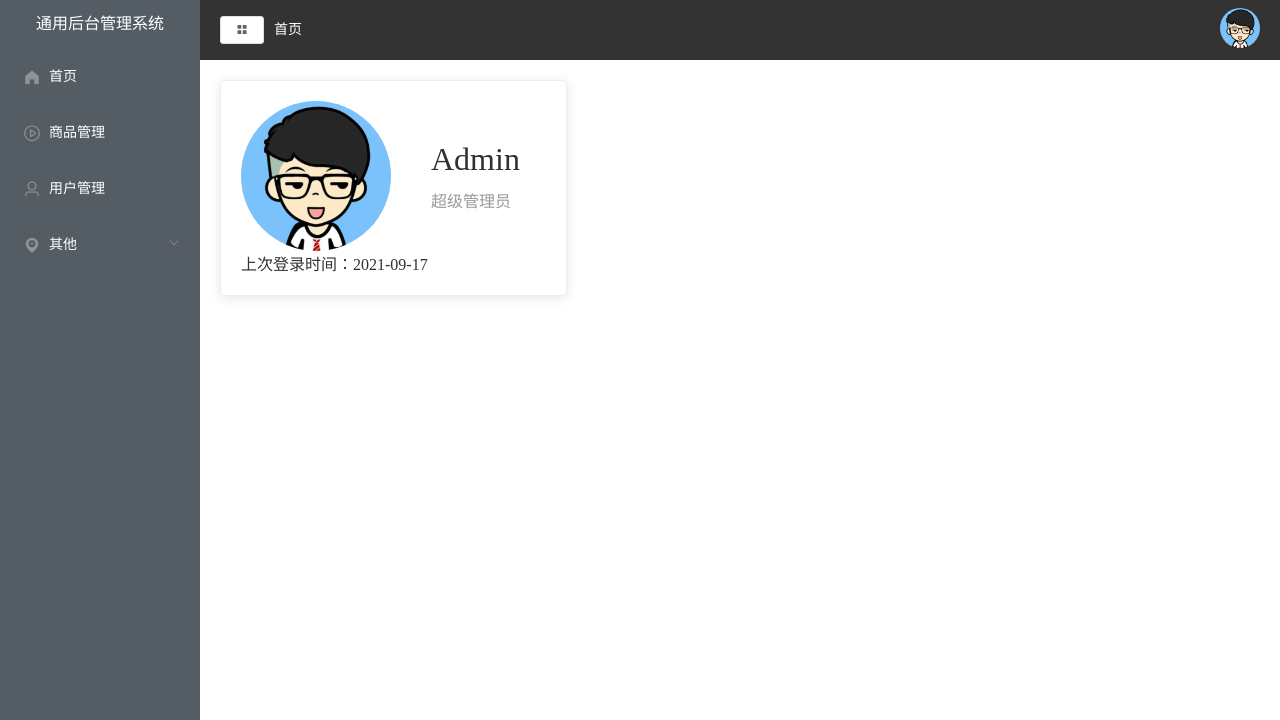
Repository: Francis200214/my-app
Page: /
These files come from the project's save history. The page is drawn as it stood at one moment and after a run of saves; the edit follows.
The browser window is 1280 px wide. The pictures show the whole page.
The project was rebuilt for these pictures with package versions that can differ from the ones it lists, and the page was loaded fresh each time. Also part of the build but not shown: vue.config.js, src/views/User.vue, src/views/Mall.vue, src/views/other/PageOne.vue, src/views/other/PageTwo.vue.

Above is the page before, as saved 2023-05-21 15:39:22.

### src/main.js
import Vue from 'vue'
import App from './App.vue'
import ElementUI from 'element-ui'

// ElementUI 按需引入
// import { Button,Row } from 'element-ui'


import 'element-ui/lib/theme-chalk/index.css'
// Vue-Router
import router from './router'
// Vuex
import store from './store'


Vue.config.productionTip = false

// 全局引入Element UI
Vue.use(ElementUI);


// 按需引入Element UI
// Vue.use(Row);
// Vue.use(Button);


new Vue({
  router,
  store,
  render: h => h(App),
}).$mount('#app')

### src/App.vue
<template>
  <div id="app">
    <router-view></router-view>
  </div>
</template>

<style lang="less">
  html,body,h3,p {
    margin: 0;
    padding: 0;
  }
</style>

<script>

export default {
  name: 'App'
}
</script>

### src/router/index.js
import Vue from 'vue'
import VueRouter from 'vue-router'

// 1、引入组件
import Main from '../views/Main.vue'
import Home from '../views/Home.vue'
import User from '../views/User.vue'
import Mall from '../views/Mall.vue'
import PageOne from '../views/other/PageOne.vue'
import PageTwo from '../views/other/PageTwo.vue'

// 引入Vue-Router
Vue.use(VueRouter);

// 2、路由与组件映射
const routes = [
    {
        path: '/',
        component: Main,
        // redirect 表示重定向，当路径是 / 的时候就重定向某个路由
        redirect: '/home',
        children: [
            { path: 'home', component: Home }, // 首页
            { path: 'user', component: User }, // 用户管理
            { path: 'mall', component: Mall }, // 商品管理
            { path: 'page1', component: PageOne }, // 页面一
            { path: 'page2', component: PageTwo }, // 页面二
        ]
    }

]

// 3、创建Router实例
const router = new VueRouter({
    routes // (缩写) 相当于 routes: routes
})

// 4、将 router 暴露
export default router

### src/store/index.js
import Vue from 'vue'
import Vuex from 'vuex'
import tab from './tab'

Vue.use(Vuex)


// 创建 Vuex 的实例
// 对外暴露
export default new Vuex.Store({
    modules: {
        tab
    }
})

### src/views/Main.vue
<template>
    <div>
        <el-container>
            <el-aside width="auto">
                <common-aside />
            </el-aside>
            <el-container>
                <el-header>
                    <common-header />
                </el-header>
                <el-main>
                    <router-view></router-view>
                </el-main>
            </el-container>
        </el-container>
    </div>
</template>
<style lang="less" scoped>
.el-header {
    padding: 0;
}
</style>
<script>
import CommonAside from '../components/CommonAside.vue'
import CommonHeader from '../components/CommonHeader.vue'


export default {
    data() {
        return {}
    },
    components: {
        CommonAside,
        CommonHeader
    }
}
</script>

### src/views/Home.vue
<template>
    <el-row>
        <el-col :span="8">
            <el-card class="box-card">
                <div class="user">
                    <img src="../assets/images/user.png" alt="">
                    <div class="userinfo">
                        <p class="name">Admin</p>
                        <p class="access">超级管理员</p>
                    </div>
                </div>
                <div class="login-info">
                    <p>上次登录时间：<span>2021-09-17</span></p>
                </div>
            </el-card>
        </el-col>
        <el-col :span="16">
            <div class="grid-content bg-purple-light"></div>
        </el-col>
    </el-row>
</template>

<style lang="less" scoped>
.user {
    display: flex;
    // flex 布局中 主轴垂直居中
    align-items: center;

    img {
        width: 150px;
        height: 150px;
        border-radius: 50%;
        margin-right: 40px;
    }

    .userinfo {
        .name {
            font-size: 32px;
            margin-bottom: 10px;
        }

        .access {
            color: #999999;
        }
    }
}
</style>

<script>
export default {
    data() {
        return {}
    }
}
</script>

### src/store/tab.js
export default {
    state: {
        isCollapse: false // 用于控制菜单的展开或收起
    },
    mutations: {
        // 修改菜单展开或者收起的方法
        collapseMenu(state) {
            state.isCollapse = !state.isCollapse
        }
    }
}

### src/components/CommonAside.vue
<template>
    <div>
        <el-menu default-active="1-4-1" class="el-menu-vertical-demo" @open="handleOpen" @close="handleClose"
            :collapse="isCollapse" background-color="#545c64" text-color="#fff" active-text-color="#ffd04b">

            <h3>{{ isCollapse ? '后台' : '通用后台管理系统' }}</h3>

            <el-menu-item @click="clickMenu(item)" v-for="item in noChildren" :key="item.name" :index="item.name">
                <i :class="`el-icon-${item.icon}`"></i>
                <span slot="title">{{ item.label }}</span>
            </el-menu-item>

            <el-submenu v-for="item in hasChildren" :key="item.label" :index="item.label">
                <template slot="title">
                    <i :class="`el-icon-${item.icon}`"></i>
                    <span slot="title">{{ item.label }}</span>
                </template>
                <el-menu-item-group v-for="subItem in item.children" :key="subItem.path">
                    <el-menu-item @click="clickMenu(subItem)" :index="subItem.path">{{ subItem.label }}</el-menu-item>
                </el-menu-item-group>
            </el-submenu>
        </el-menu>
    </div>
</template>

<style lang="less" scope>
.el-menu-vertical-demo:not(.el-menu--collapse) {
    width: 200px;
    min-height: 400px;
}

.el-menu {
    height: 100vh;
    border-right: none;

    h3 {
        color: #fff;
        text-align: center;
        line-height: 48px;
        font-size: 16px;
        // 字体粗细
        font-weight: 400;
    }
}
</style>

<script>
export default {
    data() {
        return {
            menuData: [
                {
                    path: '/',
                    name: 'home',
                    label: '首页',
                    icon: 's-home',
                    url: 'Home/Home'
                },
                {
                    path: '/mall',
                    name: 'mall',
                    label: '商品管理',
                    icon: 'video-play',
                    url: 'MallManage/MallManage'
                },
                {
                    path: '/user',
                    name: 'user',
                    label: '用户管理',
                    icon: 'user',
                    url: 'UserManage/UserManage'
                },
                {
                    label: '其他',
                    icon: 'location',
                    children: [
                        {
                            path: '/page1',
                            name: 'page1',
                            label: '页面1',
                            icon: 'setting',
                            url: 'Other/PageOne'
                        },
                        {
                            path: '/page2',
                            name: 'page2',
                            label: '页面2',
                            icon: 'setting',
                            url: 'Other/PageTwo'
                        }
                    ]
                }
            ]
        };
    },
    methods: {
        handleOpen(key, keyPath) {
            console.log(key, keyPath);
        },
        handleClose(key, keyPath) {
            console.log(key, keyPath);
        },
        // 点击菜单
        clickMenu(item) {
            console.log(item)
            // 当页面的路由与我要跳转的路由不一致的时候才允许跳转
            if (this.$route.path !== item.path && !(this.$route.path === '/home' && (item.path === '/'))) {
                // 这里的this代表vue实例
                this.$router.push(item.path)
            }
        }
    },
    computed: {
        // 没有子菜单
        noChildren() {
            return this.menuData.filter(item => !item.children)
        },
        // 有子菜单
        hasChildren() {
            return this.menuData.filter(item => item.children)
        },
        isCollapse() {
            return this.$store.state.tab.isCollapse
        }
    }
}
</script>

### src/components/CommonHeader.vue
<template>
    <div class="header-container">
        <div class="l-content">
            <el-button @click="handleMenu" icon="el-icon-menu" size="mini"></el-button>
            <!-- 面包屑 -->
            <span class="text">首页</span>
        </div>
        <div class="r-content">
            <el-dropdown>
                <span class="el-dropdown-link">
                    <img class="user" src="../assets/images/user.png" alt="">
                </span>
                <el-dropdown-menu slot="dropdown">
                    <el-dropdown-item>个人中心</el-dropdown-item>
                    <el-dropdown-item>退出</el-dropdown-item>
                </el-dropdown-menu>
            </el-dropdown>
        </div>
    </div>
</template>
<style lang="less" scoped>
.header-container {
    padding: 0px 20px;
    background-color: #333;
    height: 60px;
    display: flex;
    // 将元素放到元素主轴的两端
    justify-content: space-between;
    align-items: center;

    .text {
        color: #fff;
        font-size: 14px;
        margin-left: 10px;
    }

    .r-content {
        .user {
            width: 40px;
            height: 40px;
            border-radius: 50%;
        }
    }
}
</style>
<script>
export default {
    data() {
        return {}
    },
    methods: {
        handleMenu() {
            this.$store.commit('collapseMenu')
        }
    }
}
</script>

Loaded but not shown: public/index.html (common file)

After the next 5 saves:
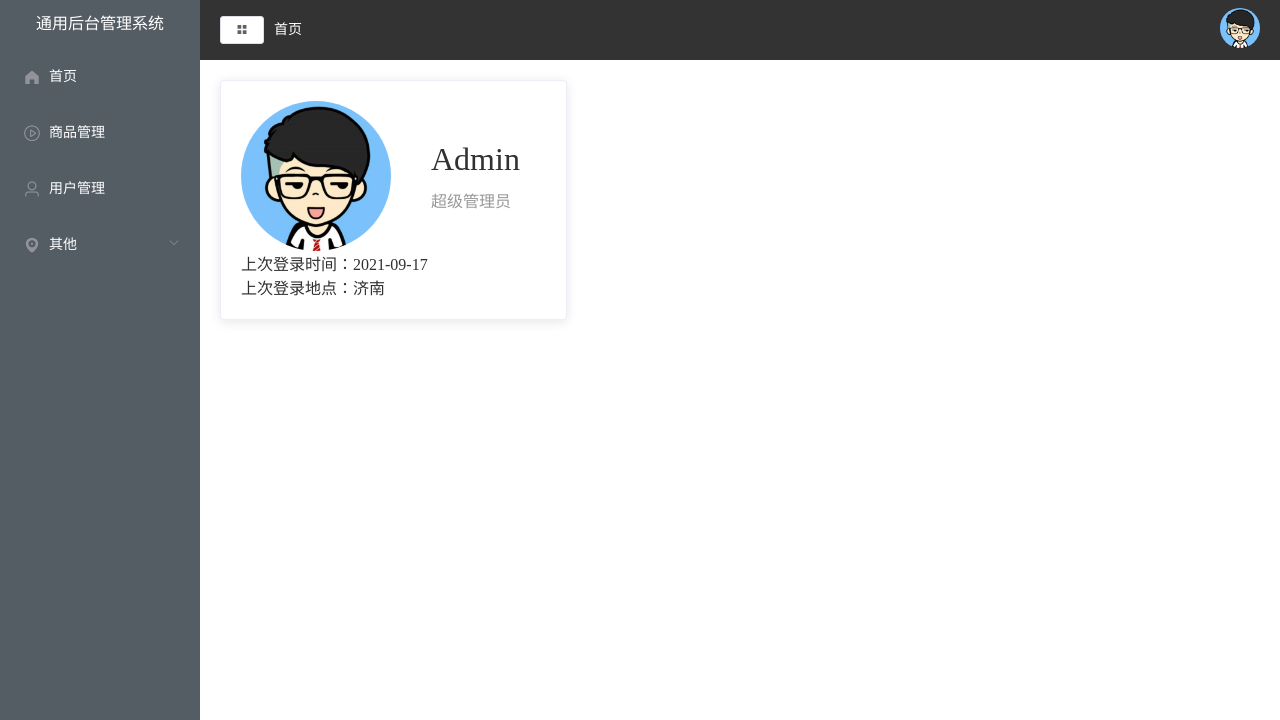
The 5 saves are shown as one change because they came seconds apart.
The last was saved 13 s later.
--- a/src/views/Home.vue
+++ b/src/views/Home.vue
@@ -11,6 +11,7 @@
                 </div>
                 <div class="login-info">
                     <p>上次登录时间：<span>2021-09-17</span></p>
+                    <p>上次登录地点：<span>济南</span></p>
                 </div>
             </el-card>
         </el-col>
